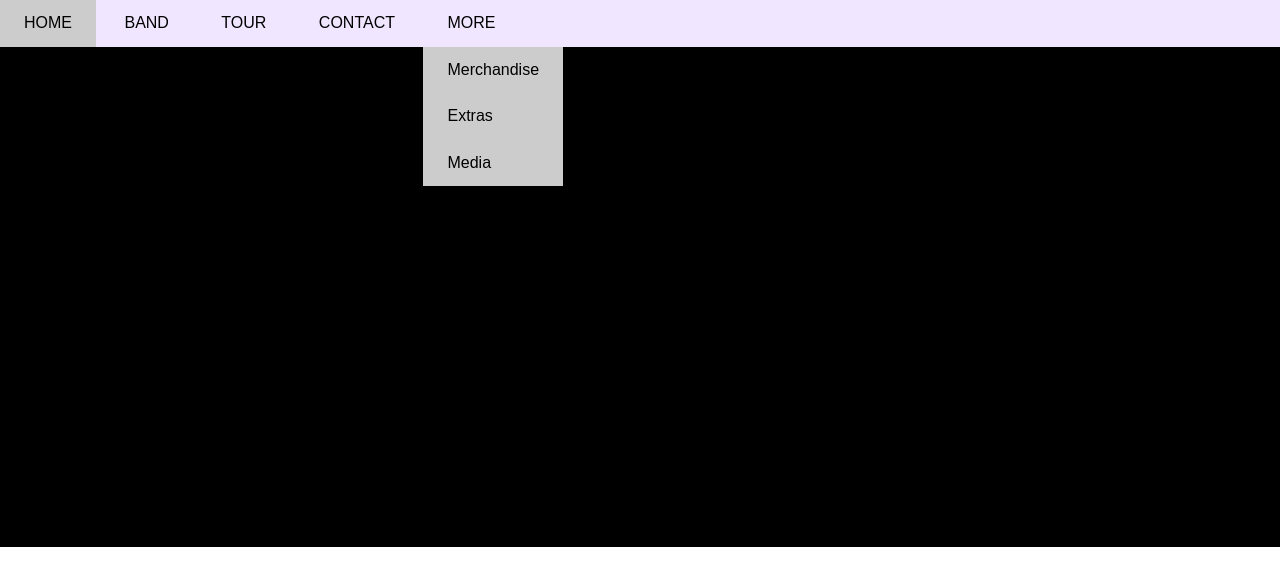
Repository: Ducspdn/WeTheBandF8
Page: w3_band/index.html
These files come from the project's save history. The page is drawn as it stood at one moment and after the next save; the edit follows.
The browser window is 1280 px wide. The pictures show the whole page.

Above is the page before, as saved 2023-01-16 22:18:42.

After the next save:
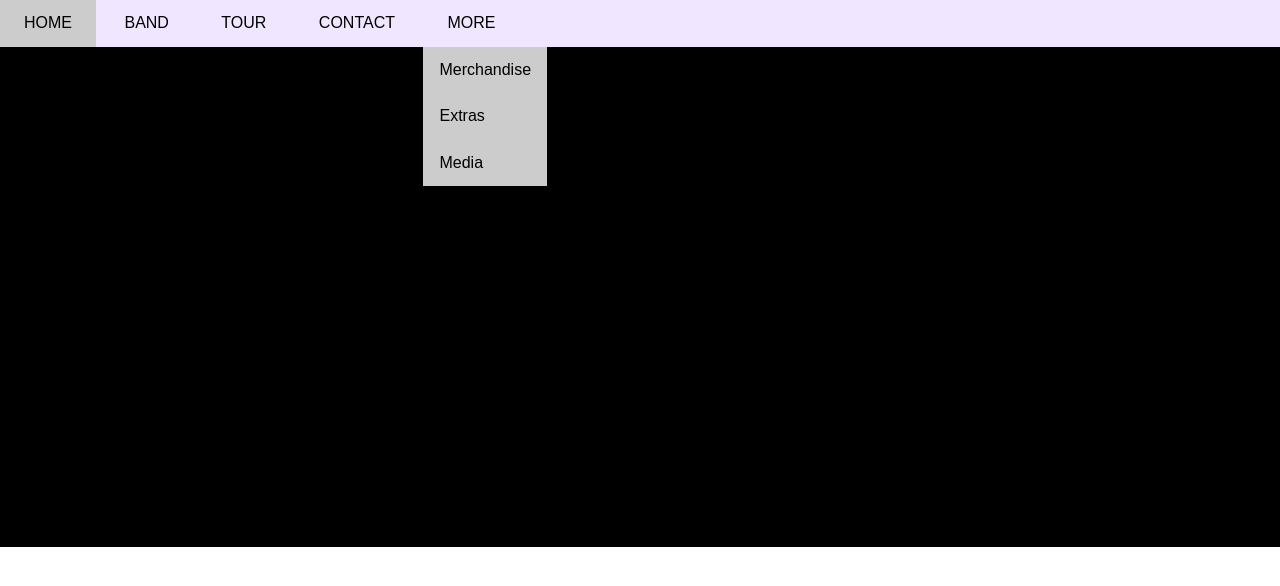
Saved 3 min 30 s later.
--- a/w3_band/assets/css/style.css
+++ b/w3_band/assets/css/style.css
@@ -73,6 +73,10 @@ html{
 }
 #nav .subnav a {
     color: black;
+    padding-top:0px;
+    padding-bottom : 0px;
+    padding-left : 16px ;
+    padding-right : 16px ;
 }
 #nav .subnav li:hover{
     color : black ;
